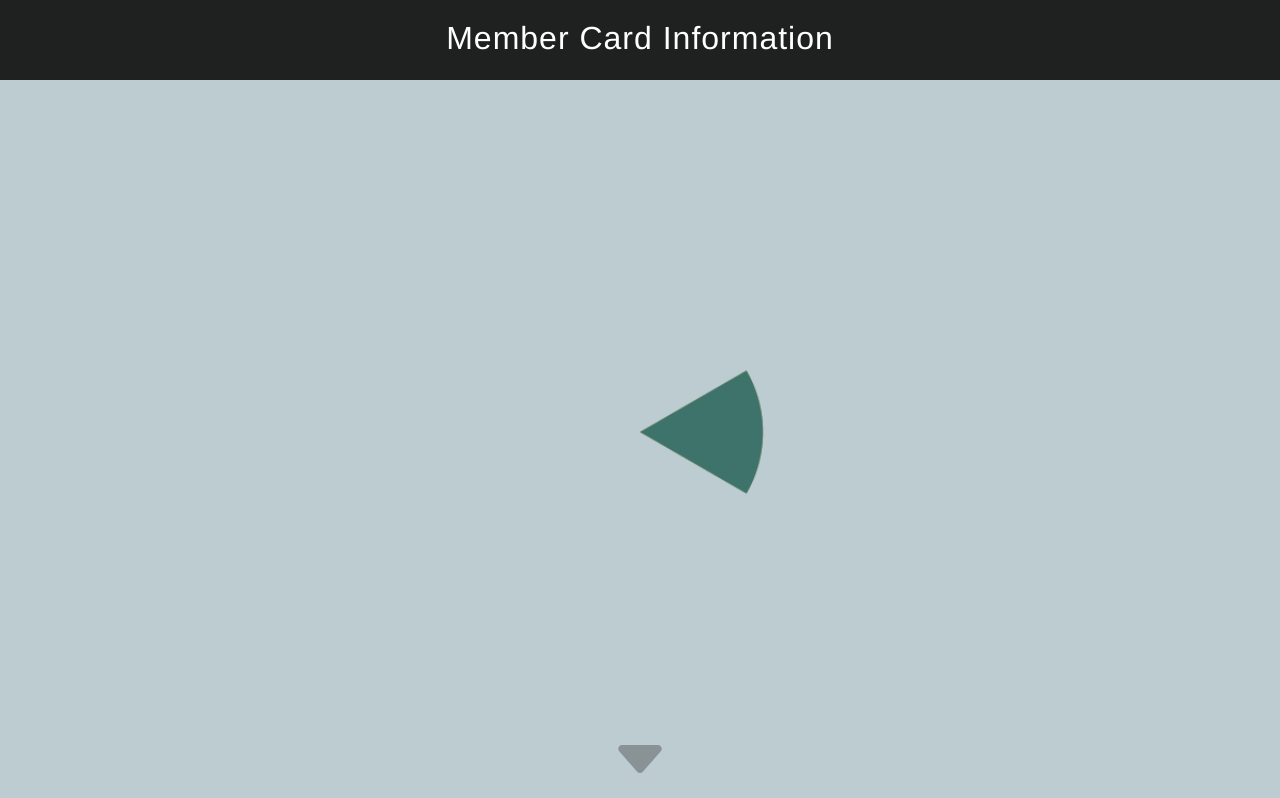
Repository: Leooook/lzhao-fed-test
Page: /
These files come from the project's save history. The page is drawn as it stood at one moment and after the next save; the edit follows.
The browser window is 1280 px wide. The pictures show the whole page.
The page's requests for data from a server got no answer. The project was rebuilt for these pictures with package versions that can differ from the ones it lists, and the page was loaded fresh each time. No one was signed in, and anything a server would have sent is missing. Also part of the build but not shown: src/components/detail.jsx.

Above is the page before, as saved 2021-03-15 21:49:48.

After the next save:
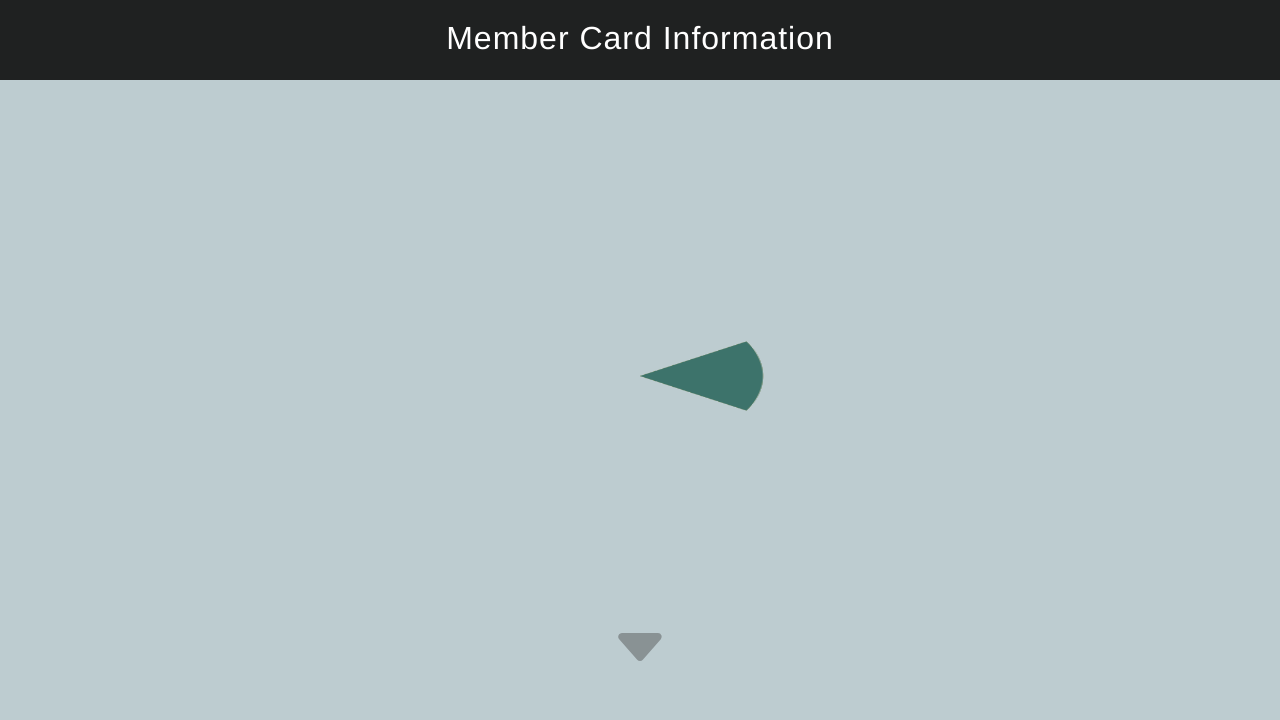
Saved 5 s later.
--- a/src/App.css
+++ b/src/App.css
@@ -68,7 +68,7 @@
 }
 .loadPic {
 	width: 20%;
-  height: 20%;
+  height: 20vh;
 	margin: 20vh 40%;
 }
 /* end of loader */

After the save that followed:
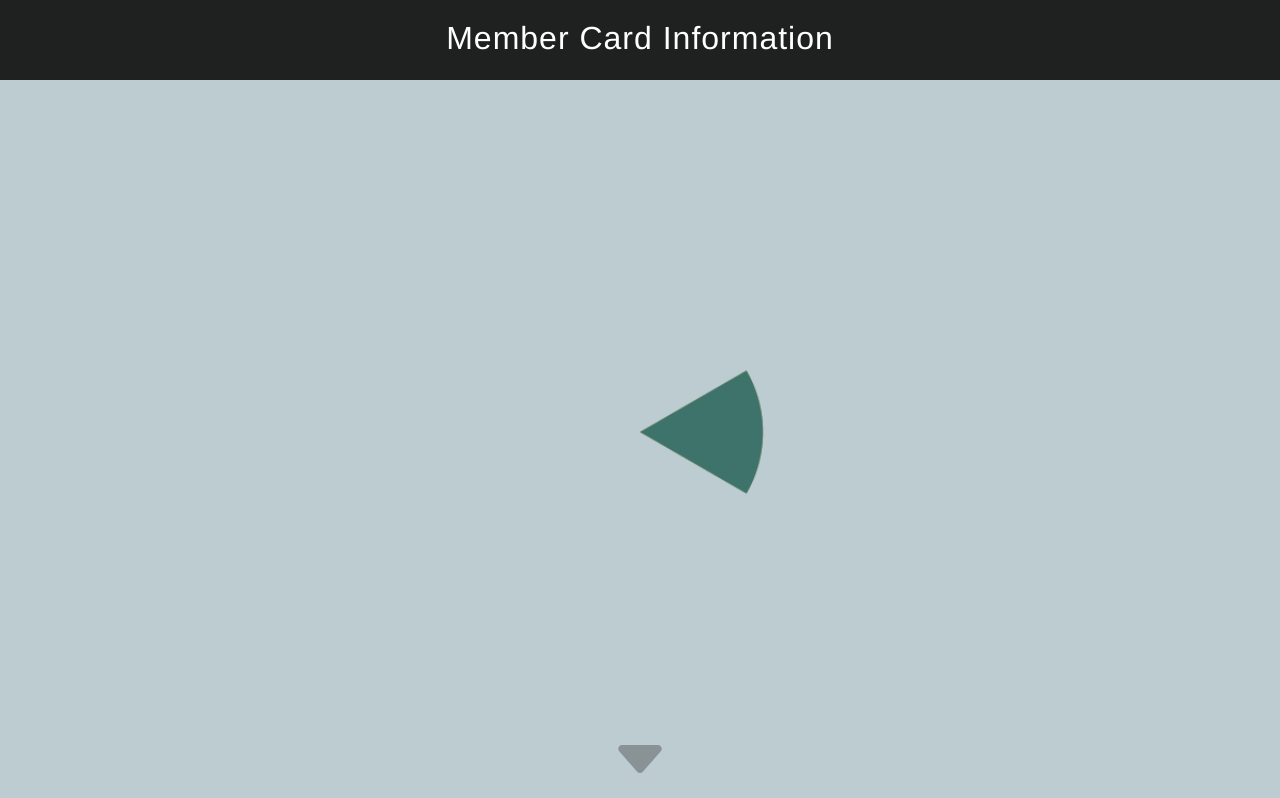
Saved 7 s later.
--- a/src/App.css
+++ b/src/App.css
@@ -67,8 +67,8 @@
 	width: 100%;
 }
 .loadPic {
-	width: 20%;
-  height: 20vh;
+	width: 20vw;
+  height: 20vw;
 	margin: 20vh 40%;
 }
 /* end of loader */
